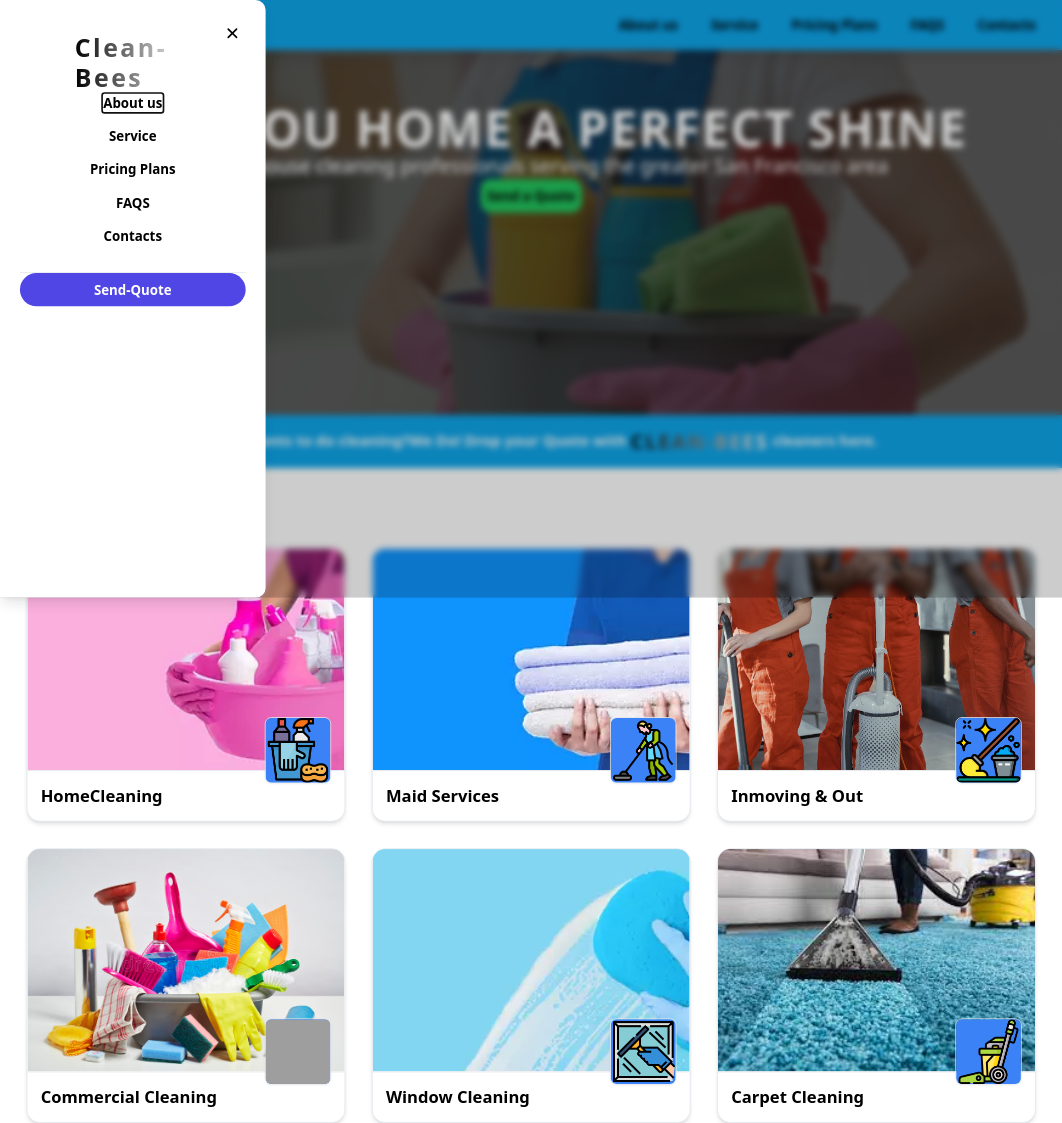
Repository: remydev47/cleanbees
Page: /
These files come from the project's save history. The page is drawn as it stood at one moment and after the next save; the edit follows.
The browser window is 1280 px wide. The pictures show the whole page, at 83% of full size.
Pictures or frames that could not be fetched are drawn as grey boxes. The project was rebuilt for these pictures with package versions that can differ from the ones it lists, and the page was loaded fresh each time. The framework's server and built-in components were replaced by stand-ins that run in the browser. Also part of the build but not shown: next.config.js.

Above is the page before, as saved 2022-09-16 15:02:40.

### pages/_app.tsx
import '../styles/globals.css'
import type { AppProps } from 'next/app'
import { Header } from '../components/Header'


function MyApp({ Component, pageProps }: AppProps) {
  return (
    <>
      <Header />
      <Component {...pageProps} />
    </>

    )
}

export default MyApp

### pages/index.tsx
import type { NextPage } from 'next'
import Head from 'next/head'
import Image from 'next/image'
import Hero from '../components/Hero'
import Services from '../components/Services'

const Home: NextPage = () => {
  return (
    <div className="">
      <Head>
        <title>CleanBees</title>
        <link rel="icon" href="/favicon.ico" />
      </Head>
      <Hero />
     <main className='mx-auto max-w-screen-xl px-6 sm:px-8'>
      <div className='mt-16 space-y-20'>
        <Services />

      </div>
     </main>
    </div>
  )
}

export default Home

### components/Header.tsx
import { navLinks } from "../constants"
import { MenuPopOver } from "./MenuPopover"
import Logo from "./Logo"
import Image from "next/image"
import { title } from "process"

export const Header = () => {
    return(
        <>
          <header className={styles.container}>
           <div className='flex grow-0 basis-1/3 md:hidden'>
             <MenuPopOver />
          </div>
          <div className='flex grow-0 basis-1/3 justify-center md:justify-start'>
            <Logo />
           </div>
           <ul className="list-none sm:flex hidden justify-end items-center flex-1">
            {navLinks.map((nav, index) => (
                <li
                key={nav.id}
                className={`font-poppins font-extrabold cursor-pointer text-[16px]
                  ${index === navLinks.length - 1 ? 'mr-0' : 'mr-10'}
                 text-black `}
                >
                    <a>{nav.title}</a>
                </li>
            ))}
           </ul>

          </header>
        </>
    )
}

const styles ={
    container:`sticky bg-[#0ea5e9] inset-x-0 top-0 z-20 flex items-center justify-between py-2 px-2 shadow-lg dark:bg-slate-900 sm:py-3 sm:px-8`
}

### components/Hero.tsx
import React from 'react'
import Image from 'next/image'


const Hero = () => {
  return (
    <>
      <section className='relative h-[640px] w-full  bg-blue-500 sm:h-[55vh] md:h-[440px]'>
        <Image
          src="/img/pixel-cleaner2.jpg"
          layout='fill'
          objectFit='cover'
        />
        <div className="absolute inset-0 bg-neutral-900/70">
        <div className='mx-4 mt-16 flex flex-col items-center text-center '>
                <h1 className={styles.innerbanner}>
                    Give you Home a Perfect Shine
                </h1>
                <span className='text-xl text-white sm:text-2xl'>
                    Reliable house cleaning professionals serving the greater San Francisco area
                </span>
                <button className='bg-green-500 text-black font-semibold p-2 rounded-xl'>
                    Send a Quote
                </button>
              </div>
        </div>
      </section>
      <HeroBottomCard />
    </>
  )
}

function HeroBottomCard() {
    return (
      <div className="bg-[#0ea5e9] p-4">
        <span className="block text-center text-lg text-white font-semibold">
          Nobody wants to do cleaning?We Do! Drop your  Quote with{" "}
          <span className="bg-gradient-to-r from-black to-[#fff] bg-clip-text align-middle text-2xl font-black tracking-widest text-transparent">
            CLEAN-BEES
          </span>{" "}
          cleaners here.
        </span>
      </div>
    );
  }

export default Hero;
const styles ={

    innerbanner:`text-3xl font-extrabold uppercase tracking-wide text-white sm:text-4xl md:text-5xl lg:text-6xl`,
}

### components/Services.tsx
import React from 'react';
import Image from 'next/image'
import Link from 'next/link';

const serviceItems =[
    {
        name:"HomeCleaning",
        description:"",
        image:'/img/cleaning3.webp',
        logo:"/img/homecleaning.png"
    },
    {
        name:"Maid Services",
        description:"",
        image:'/img/maid2.webp',
        logo:"/img/maid.png"
    },
    {
        name:"Inmoving & Out",
        description:"",
        image:'/img/pexels-cleaner.jpeg',
        logo:"/img/inmoving.png"
    },
    {
        name:"Commercial Cleaning",
        description:"",
        image:'/img/pixelcleaner3.jpg',
        logo:"/img/officecleaning.png"
    },
    {
        name:"Window Cleaning",
        description:"",
        image:'/img/cleaning4.webp',
        logo:"/img/window.png"
    },
    {
        name:"Carpet Cleaning",
        description:"",
        image:'/img/cleancarpet.jpg',
        logo:"/img/carpet.png"
    },
]

const Services = () => {
  return (
    <section id='service-items'>
        <div>
            <h2 className="text-2xl font-semibold"> Our Services </h2>
        </div>

        <div id="top-companies__items" className="grid grid-cols-1 gap-8 sm:grid-cols-2 lg:grid-cols-3">
              {serviceItems.map((item, i) => (
                 <Link href="/#" key={i}>
                  <a className="group block overflow-hidden rounded-2xl border border-slate-200 bg-white shadow-md transition-all duration-150 hover:-translate-y-1 hover:shadow-lg dark:border-slate-800 dark:bg-slate-700">
                    <div className="relative block overflow-hidden  pt-[70%]">
                     <Image
                       src={item.image}
                       alt={item.name}
                       layout="fill"
                       objectFit="cover"
                       className="transition-all duration-200 group-hover:scale-[102%]"
                      />
                    </div>
                    <div className="relative flex flex-col border-t p-4 dark:border-slate-600">
                <span className="absolute right-4 -top-[65px] block h-[80px] w-[80px] overflow-hidden rounded-lg border shadow-sm dark:border-slate-600">
                  <div className="relative block overflow-hidden  bg-blue-500 pt-[100%]">
                    <Image
                      src={item.logo}
                      alt={item.name}
                      layout="fill"
                      objectFit="cover"
                    />
                  </div>
                </span>

                <h5 className="block truncate text-xl font-semibold capitalize">
                  {item.name}
                </h5>
                <span className="block truncate text-slate-500 dark:text-slate-400">
                  {item.description}
                </span>
              </div>
                 </a>
                 </Link>
              ))}
            </div>

    </section>
  )
}

export default Services

### constants/index.ts

export const navLinks =[
    {
     id:"aboutus",
     title:"About us"
    },
    {
        id:"services",
        title:"Service"
    },
    {
        id:"pricingplans",
        title:"Pricing Plans"
    },
    {
        id:"faqs",
        title:"FAQS"
    },
    {
        id:"contacts",
        title:"Contacts"
    },
]

### components/MenuPopover.tsx
import React, { useState, Fragment } from 'react'
import { IconButton } from './Button'
import { Transition, Dialog }  from '@headlessui/react';
import Link from 'next/link';
import Logo from './Logo';
import { Button } from './Button';
//import { ThemeSelect } from './ThemeToogle';
import { navLinks } from '../constants';

export const MenuPopOver = () => {
    const [isOpen, setIsOpen] = useState(true)

    return(
      <div>
        <IconButton
          variant='ghost'
          aria-label='menu'
          onClick={() => setIsOpen(!isOpen)}
        >
          <svg className='h-6 w-6 ' fill='none' stroke='currentColor'>
            <path
              strokeLinecap='round'
              strokeLinejoin='round'
              strokeWidth={2}
              d='M4 6h16M4 12h16M4 18h16'
            />
          </svg>
        </IconButton>
        <Transition
          show={isOpen}
          appear
          as={Fragment}
          enter='transform transition ease-in-out duration-300'
          enterFrom='-translate-x-full'
          enterTo='translate-x-0'
          leave='transform transition ease-in-out duration-300 delay-200'
          leaveFrom='translate-x-0'
          leaveTo='-translate-x-full'
        >
         <Dialog
           as='div'
           className={`fixed inset-0 z-50`}
           onClose={setIsOpen}
           open={isOpen}
           >
           <Transition.Child
             as={Fragment}
             enter='ease-out duration-300 delay-300'
             enterFrom='opacity-0'
             enterTo='opacity-100'
             leave='ease-in duration-200'
             leaveFrom='opacity-100'
             leaveTo='opacity-0'
           >

            <Dialog.Overlay
              className={`fixed inset-0 bg-black/20 backdrop-blur-sm dark:bg-gray-900/80`}
             />
          </Transition.Child>
           <div className={styles.dialogcontainer}>
            <a className='mx-auto mt-4 flex w-[140px] '>
              <Logo />
            </a>
            <ul
                className={styles.navWrapper2}
             >
                {navLinks.map((nav, index) => (
                    <li
                     key={nav.id}
                     className={`font-poppins font-bold cursor-pointer text-[16px]
                      ${index === navLinks.length - 1 ? 'mr-0' : 'mb-4'}
                      text-black `}
                    >
                     <a href={`#${nav.id}`}>
                        {nav.title}
                     </a>
                    </li>
                 ))}
             </ul>
            {/* <div className='mt-0 border-t border-gray-200 pt-6 dark:border-gray-200/10'>

            </div> */}
            <ul className='mt-8 space-y-3 border-t border-gray-200 dark:border-gray-200/10'>
              <li>
               <Button fullWidth>
                   Send-Quote
               </Button>
              </li>

            </ul>
            <IconButton
              variant='ghost'
              aria-label='close menu'
              className='absolute top-5 right-5'
              onClick={() => setIsOpen(false)}
            >
              <svg
                viewBox='0 0 10 10'
                className='h-2.5 w-2.5 overflow-visible'
                aria-hidden='true'
              >
                <path
                    d='M0 0L10 10M10 0L0 10'
                    fill='none'
                    stroke='currentColor'
                    strokeWidth='2'
                    strokeLinecap='round'
                  />
              </svg>
            </IconButton>
           </div>
         </Dialog>
        </Transition>
      </div>
    )
  }

const styles ={
    dialogcontainer:`fixed top-0 bottom-0 left-0 w-full max-w-xs rounded-r-xl bg-white p-6 shadow-lg dark:bg-gray-800`,
    menuitems:`group relative flex h-9 items-center oveflow-hidden rounded-md hover:bg-slate-200/50`,
    navWrapper2:`list-none flex flex-col justify-end items-center flex-1`,
}

### components/Logo.tsx
import React from 'react';


const Logo  = () => {
  return (
    <span className={`bg-gradient-to-r from-black to-[#fff] bg-clip-text align-middle text-3xl font-black tracking-widest text-transparent hover:text-green-400`}>
        Clean-Bees
    </span>
  )
}

export default Logo;

### components/Button/index.tsx
import React, { forwardRef } from 'react';
//import { __DEV__ } from '../../utils/assertions'

type BaseButtonProps = Omit<React.HTMLProps<HTMLButtonElement>, "size">;

/* === Button Element === */

export interface ButtonProps extends BaseButtonProps {
  children: React.ReactNode;
  fullWidth?: boolean;
  className?: string;
  variant?: "solid" | "outline" | "ghost";
  size?: "sm" | "md" | "lg";
  as?: string;
  isExternal?: boolean;
  type?: "button" | "submit" | "reset";
}

export const Button = forwardRef<HTMLButtonElement, ButtonProps>(
  (
    {
      children,
      variant = "solid",
      size = "md",
      fullWidth = false,
      className,
      as = "button",
      isExternal = false,
      ...rest
    },
    ref
  ) => {
    let tempClassNames: string[] = [];

    const sharedClasses = [
      "capitalize",
      "focus:outline-none",
      "focus:ring-2",
      "focus:ring-indigo-400",
      "focus:ring-offset-2",
      "focus:ring-offset-indigo-50",
      "font-semibold",
      "rounded-full",
      "inline-flex",
      "flex-shrink-0",
      "items-center",
      "justify-center",
      "transition-colors",
      "ease-in-out",
      "duration-500",
    ];

    if (fullWidth) sharedClasses.push("w-full");

    // handle variants
    let btnSolid = ["bg-indigo-600", "hover:bg-indigo-700", "text-white"];
    let btnOutline = [
      "dark:text-white",
      "hover:text-yellow-700",
      "hover:dark:text-yellow-800",
      "bg-transparent",
      "hover:bg-indigo-50",
      "border",
      "border-indigo-600",
    ];
    let btnGhost = [
      "bg-transparent",
      "dark:text-white",
      "hover:bg-indigo-50",
      "hover:text-indigo-700",
      "hover:dark:text-indigo-700",
    ];

    if (variant === "solid") {
      tempClassNames = [...sharedClasses, ...btnSolid];
    } else if (variant === "outline") {
      tempClassNames = [...sharedClasses, ...btnOutline];
    } else if (variant === "ghost") {
      tempClassNames = [...sharedClasses, ...btnGhost];
    }

    // handle sizes
    let sizeSm = ["h-8", "px-2", "text-sm"];
    let sizeMd = ["h-10", "px-3"];
    let sizeLg = ["h-12", "px-4", "text-lg"];

    if (size === "sm") {
      tempClassNames = [...tempClassNames, ...sizeSm];
    } else if (size === "md") {
      tempClassNames = [...tempClassNames, ...sizeMd];
    } else if (size === "lg") {
      tempClassNames = [...tempClassNames, ...sizeLg];
    }

    let classes = tempClassNames.join(" ");

    let Element = as ? (
      React.createElement(
        as,
        {
          className: `${classes} ${className}`,
          target: isExternal ? "_blank" : undefined,
          rel: isExternal ? "noopener noreferrer" : undefined,
          ref,
          ...rest,
        },
        children
      )
    ) : (
      <button {...rest} className={`${classes} ${className}`} ref={ref}>
        {children}
      </button>
    );

    return Element;
  }
);

// if (__DEV__) {
//   Button.displayName = "Button";
// }

/* === IconButton Element === */

export interface IconButtonProps extends ButtonProps {
  icon?: React.ReactElement;
  "aria-label": string;
}

export const IconButton = forwardRef<HTMLButtonElement, IconButtonProps>(
  (
    {
      children,
      icon,
      className,
      "aria-label": ariaLabel,
      size = "md",
      ...rest
    },
    ref
  ) => {
    let sharedClasses = ["rounded-full", "!px-0"];

    // handle sizes
    let sizeSm = ["w-8"];
    let sizeMd = ["w-10"];
    let sizeLg = ["w-12"];

    if (size === "sm") {
      sharedClasses = [...sharedClasses, ...sizeSm];
    } else if (size === "md") {
      sharedClasses = [...sharedClasses, ...sizeMd];
    } else if (size === "lg") {
      sharedClasses = [...sharedClasses, ...sizeLg];
    }

    /**
     * Passing the icon as prop or children should work
     */
    const element = icon || children;
    const _children = React.isValidElement(element)
      ? React.cloneElement(element as any, {
          "aria-hidden": true,
          focusable: false,
        })
      : null;

    let classes = sharedClasses.join(" ");
    return (
      <Button
        className={`${classes} ${className}`}
        aria-label={ariaLabel}
        size={size}
        {...rest}
        ref={ref}
      >
        {_children}
      </Button>
    );
  }
);

// if (__DEV__) {
//   IconButton.displayName = "IconButton";
// }

Loaded but not shown: styles/globals.css (common file); tailwind.config.js (common file)

After the next save:
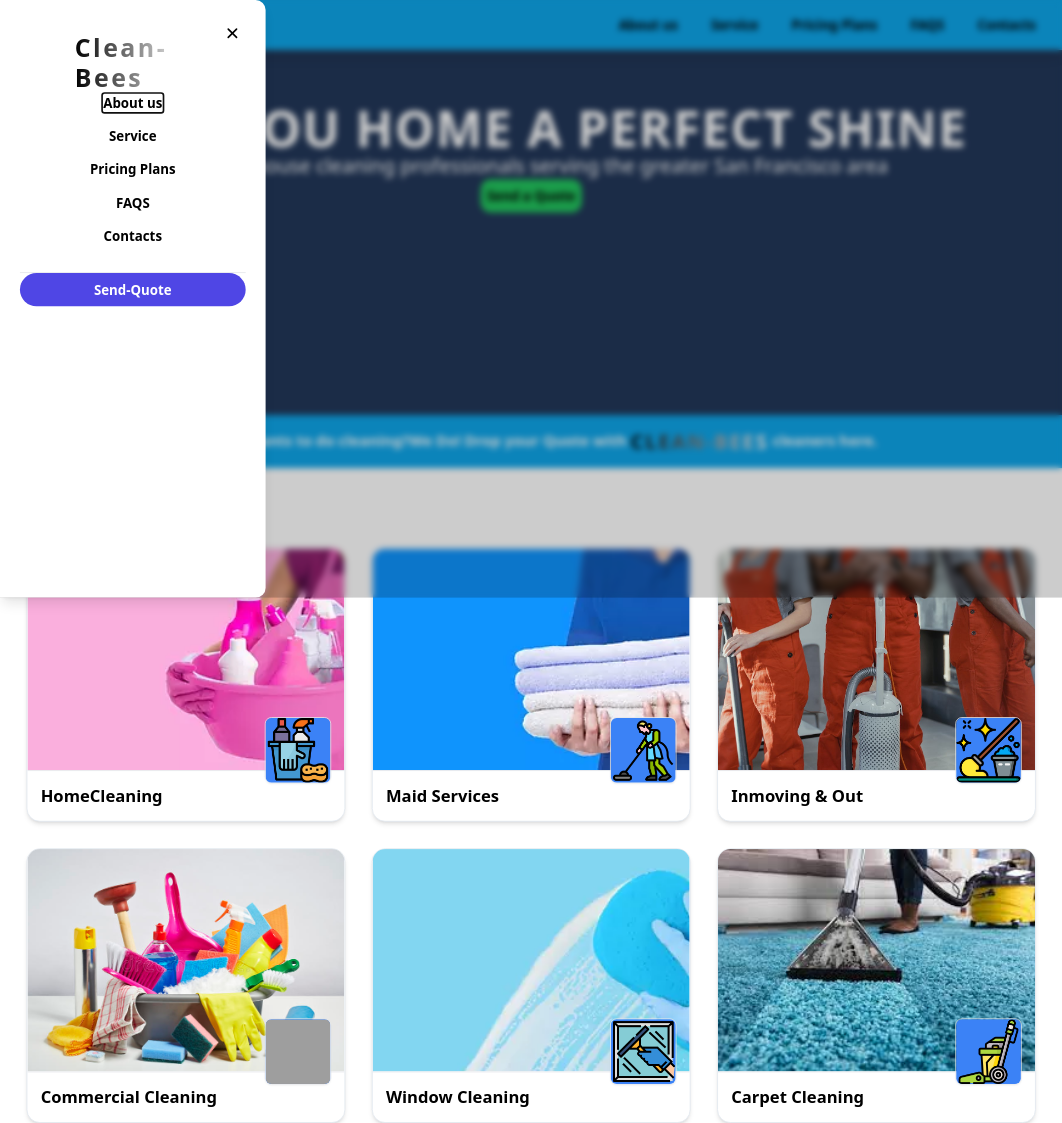
Saved 2 days later.
--- a/components/Hero.tsx
+++ b/components/Hero.tsx
@@ -1,16 +1,14 @@
 import React from 'react'
 import Image from 'next/image'
+import "react-responsive-carousel/lib/styles/carousel.min.css";
+import { Carousel } from 'react-responsive-carousel'
 
 
 const Hero = () => {
   return (
     <>
       <section className='relative h-[640px] w-full  bg-blue-500 sm:h-[55vh] md:h-[440px]'>
-        <Image
-          src="/img/pixel-cleaner2.jpg"
-          layout='fill'
-          objectFit='cover'
-        />
+
         <div className="absolute inset-0 bg-neutral-900/70">
         <div className='mx-4 mt-16 flex flex-col items-center text-center '>
                 <h1 className={styles.innerbanner}>
@@ -26,7 +24,7 @@ const Hero = () => {
         </div>
       </section>
       <HeroBottomCard />
-    </>
+   </>
   )
 }
 
